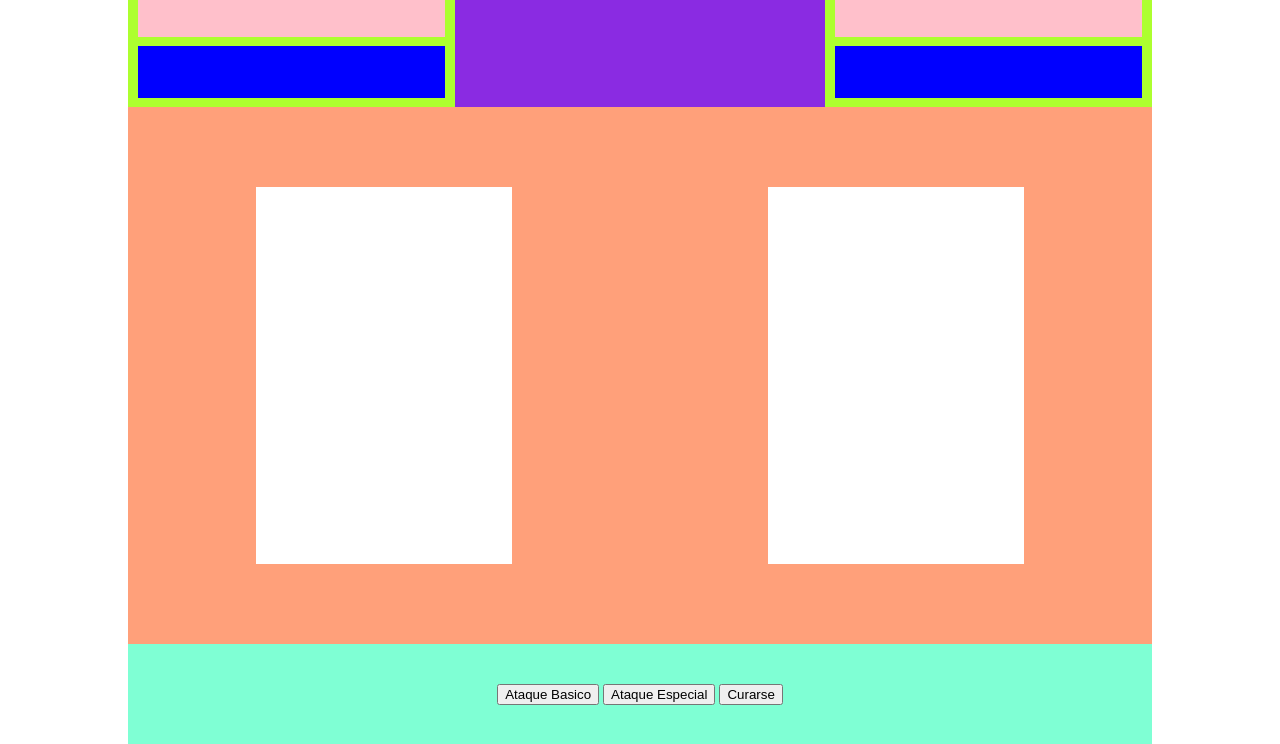
Repository: NovaDuel/novaduel-game
Page: index.html
The author's editor kept a copy of each file at every save. The page is drawn from the files as they stood at one save, then again after the next save.
The browser window is 1280 px wide. The pictures show the whole page.

Above is the page before, as saved 2024-03-25 12:27:54.

### index.html
<!DOCTYPE html>
<html lang="en">
<head>
    <meta charset="UTF-8">
    <meta name="viewport" content="width=device-width, initial-scale=1.0">
    <link rel="stylesheet" href="style.css">
    <script src="main.js" defer></script>
    <title>NovaDuel</title>
</head>
<body>
    <div id="main-container">
        <div id="status">
            <div class="bars-wrapper">
                <div id="health-player" class="health"></div>
                <div id="stamina-player" class="stamina"></div>
            </div>
            <div class="bars-wrapper">
                <div id="health-enemy" class="health"></div>
                <div id="stamina-enemy" class="stamina"></div>
            </div>
        </div>
        <div id="characters">
            <div id="player" class="pj"></div>
            <div id="enemy" class="pj"></div>
        </div>
        <div id="actions">
            <div id="buttons">
                <button id="basic-attack">Ataque Basico</button>
                <button id="special-attack">Ataque Especial</button>
                <button id="heal-action">Curarse</button>
            </div>
        </div>
    </div>
</body>
</html>

### style.css
body {
    margin: 0;
    padding: 0;
    height: 100vh;
    display: flex;
    align-items: center;
    justify-content: center;
}

#main-container {
    width: 1024px;
    height: 768px;
    background-color: aquamarine;
}

#status {
    display: flex;
    justify-content: space-between;
    width: 100%;
    height: 17%;
    background-color:blueviolet
}

.bars-wrapper {
    display: flex;
    flex-direction: column;
    justify-content: space-evenly;
    align-items: center;
    width: 30%;
    height: 100%;
    padding: 0 10px;
    background-color: greenyellow;
}

.health {
    width: 100%;
    height: 40%;
    background-color: pink;
}

.stamina {
    width: 100%;
    height: 40%;
    background-color: blue
}

#characters {
    display: flex;
    align-items: center;
    justify-content: space-around;
    width: 100%;
    height: 70%;
    background-color: lightsalmon;
}

.pj {
    height: 70%;
    width: 25%;
    background-color: white;
}

#actions {
    height: 13%;
    display: flex;
    align-items: center;
    justify-content: center;
}

### main.js
const $$ = selector => document.querySelector(selector);

function Player (health, stamina, strength) {
    this.health = health;
    this.stamina = stamina;
    this.strength = strength;
    this.attackPlayer = function() {
        return this.strength;
    },
    this.specialAttackPlayer = function() {
        if (this.stamina >= 10) {
            this.stamina -= 10;
            return this.strength + 10 * Math.round(Math.random() * 3);
        }
    },
    this.receiveDamage = function(damage) {
        this.health -= damage;
    }
    this.healing = function() {
        if (this.stamina >= 20) {
            this.stamina -= 20;
            this.health += 50;
        }
    }
}


function Enemy (health, stamina, strength) {
    this.health = health;
    this.stamina = stamina;
    this.strength = strength;
    this.attackEnemy = function() {
        return this.strength;
    },
    this.specialAttackEnemy = function() {
        if (this.stamina >= 10) {
            this.stamina -= 10;
            return this.strength + 10 * Math.round(Math.random() * 3);
        }
    },
    this.receiveDamage = function (damage) {
        this.health -= damage;
    },
    this.healing = function() {
        if (this.stamina >= 20) {
            this.stamina -= 20;
            this.health += 50;
        }
    }
}

function Game() {

}

let player = new Player(100, 100, 20);
let enemy = new Enemy(100, 100, 18);

let actionsArray = ['attack', 'special', 'heal'],
    randomAction = Math.floor(Math.random() * 3);


function actionsEnemy(action) {
    switch(action) {
        case 0:
            let enemyStrength = enemy.attackEnemy();
            player.receiveDamage(enemyStrength);
            break;
        case 1:
            let specialEnemyStrength = enemy.specialAttackEnemy();
            player.receiveDamage(specialEnemyStrength);
            break;
        case 2:
            enemy.healing();
            break;
    }
}


$$('#basic-attack').addEventListener('click', function() {
    let playerStrength = player.attackPlayer();
    enemy.receiveDamage(playerStrength);
    enemy.health
    setTimeout(actionsEnemy, 2000, randomAction);
})
$$('#special-attack').addEventListener('click', function() {
    let playerStrength = player.specialAttackPlayer();
    enemy.receiveDamage(playerStrength);
    setTimeout(actionsEnemy, 2000, randomAction);
})
$$('#heal-action').addEventListener('click', function() {
    player.healing();
    setTimeout(actionsEnemy, 2000, randomAction);
})

After the next save:
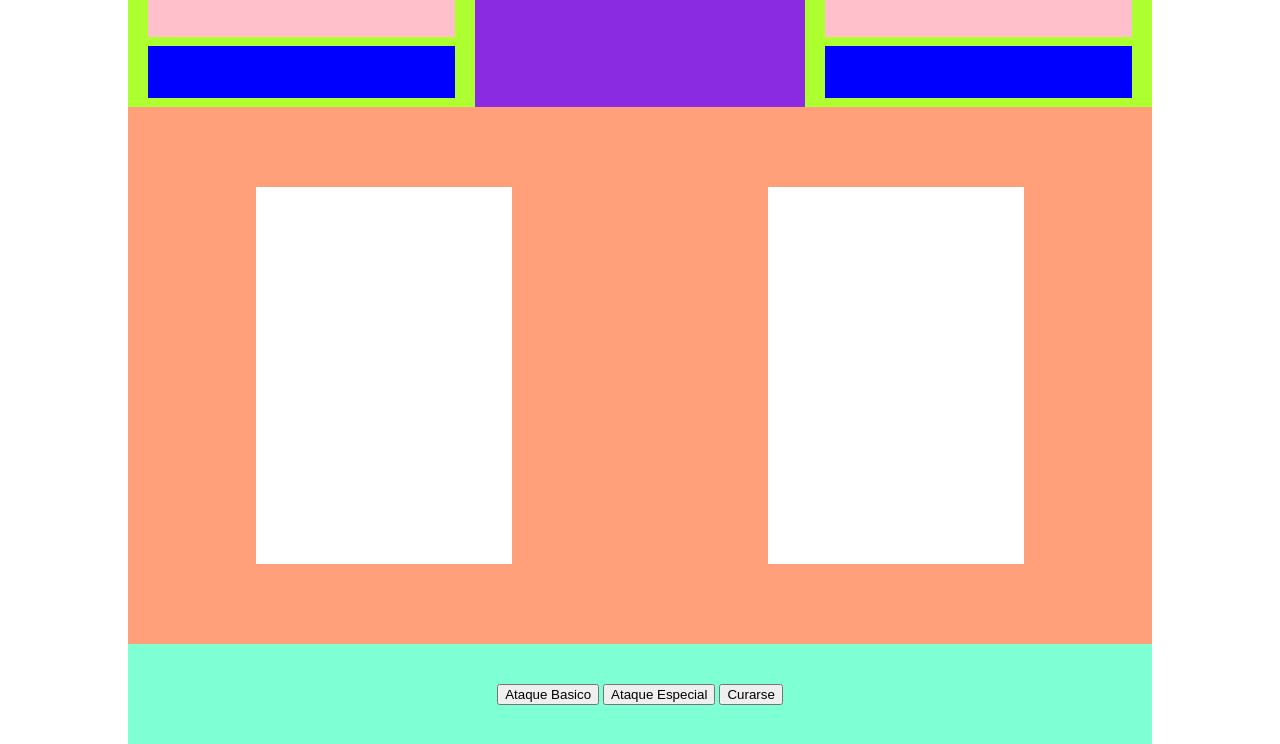
Saved 5 s later.
--- a/style.css
+++ b/style.css
@@ -28,7 +28,7 @@ body {
     align-items: center;
     width: 30%;
     height: 100%;
-    padding: 0 10px;
+    padding: 0 20px;
     background-color: greenyellow;
 }
 
